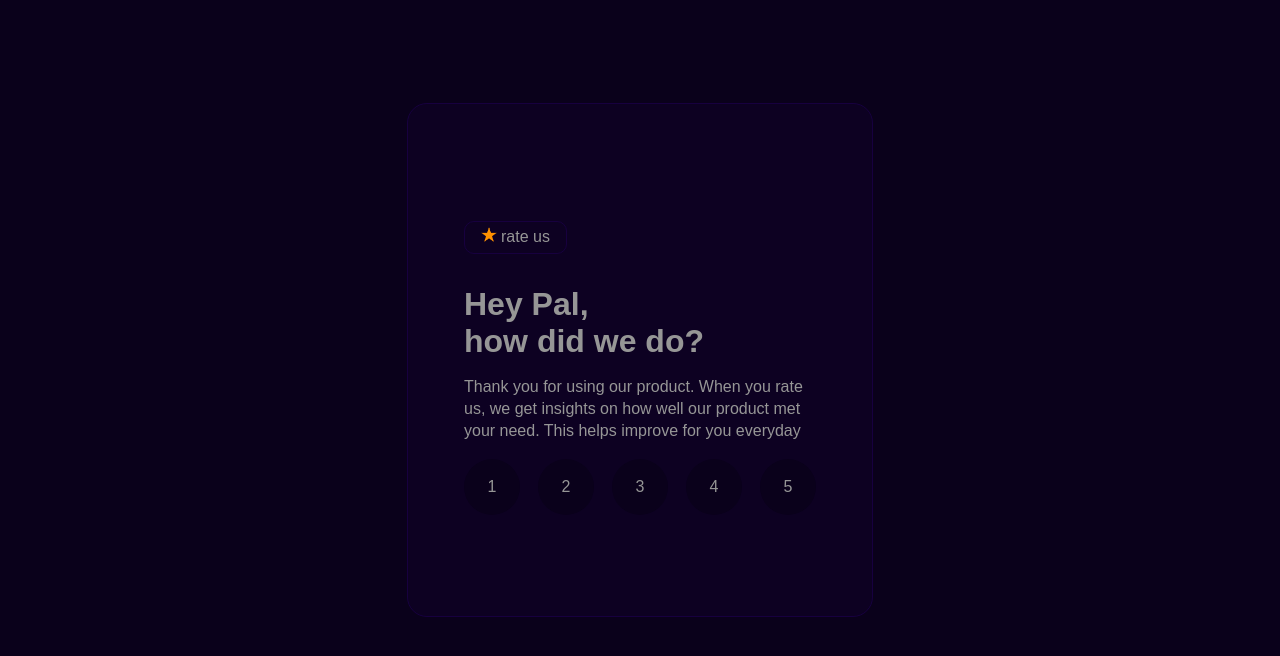
Repository: russel-success/xcodepp-TASK-2
Page: index.html
The author's editor kept a copy of each file at every save. The page is drawn from the files as they stood at one save, then again after the next save.
The browser window is 1280 px wide. The pictures show the whole page.

Above is the page before, as saved 2024-05-27 17:31:02.

After the next save:
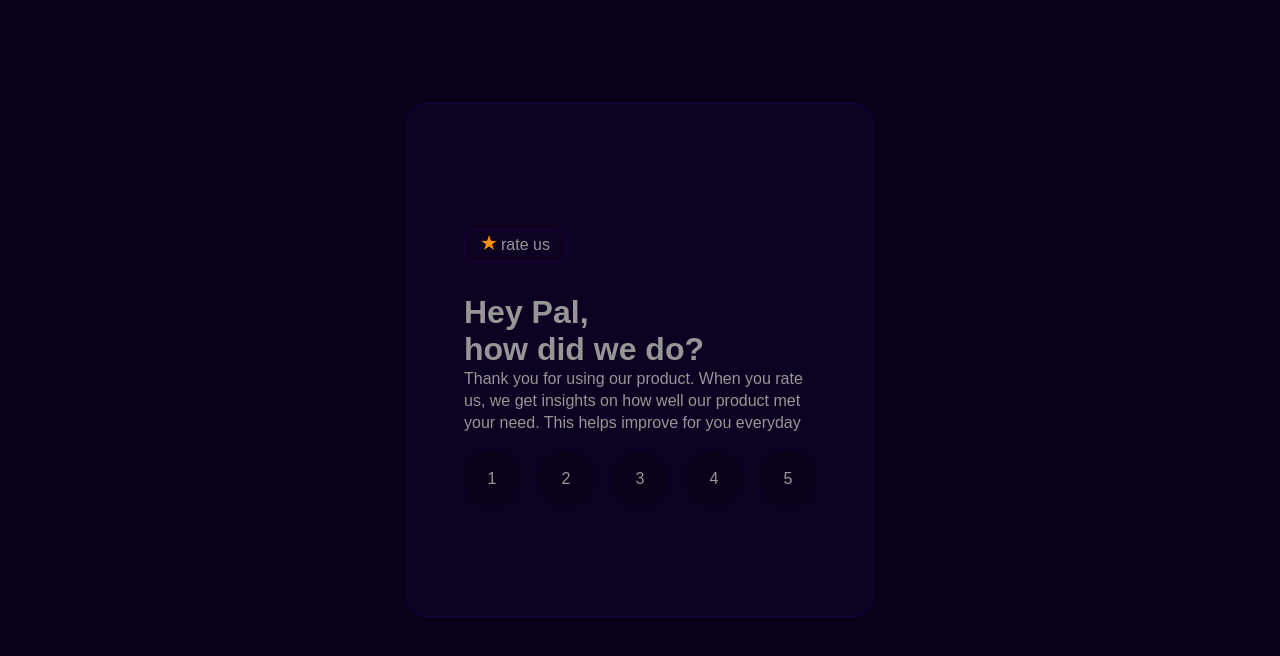
Saved 20 s later.
--- a/styles/styles.css
+++ b/styles/styles.css
@@ -71,7 +71,7 @@
     padding:16px;
     display:flex;
     flex-direction: column;
-    gap:16px;
+    /* gap:16px; */
 }
 h1{
     line-height: normal;

After the save that followed:
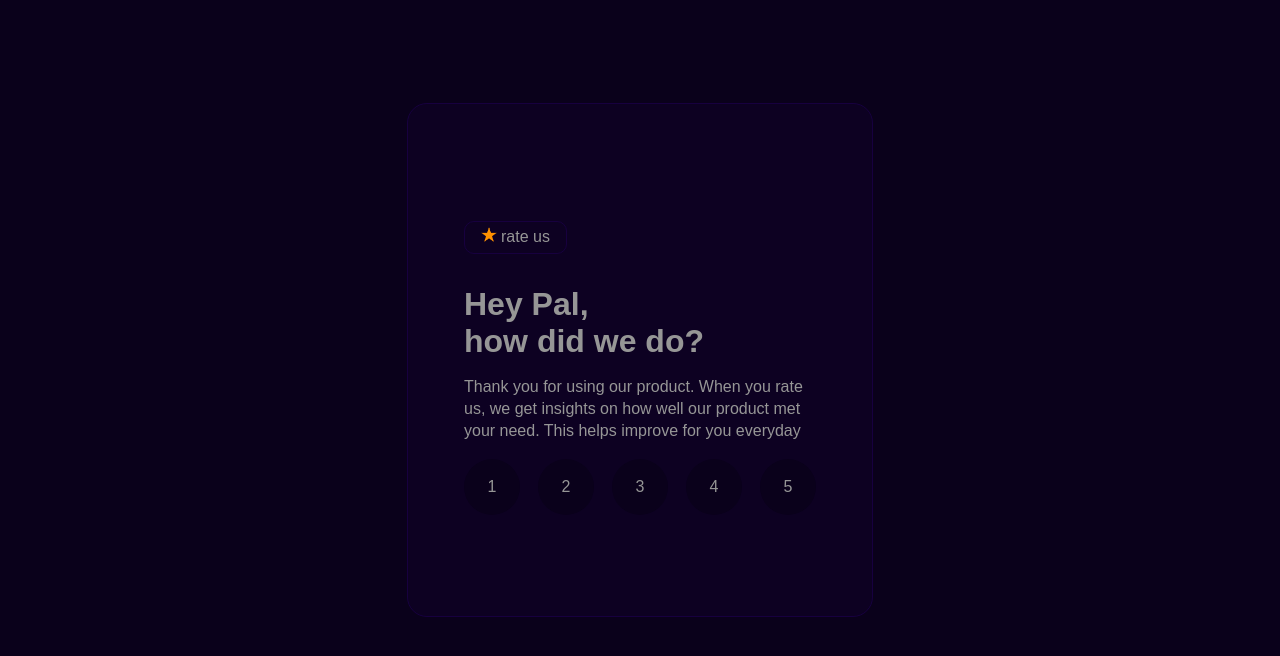
Saved 5 s later.
--- a/styles/styles.css
+++ b/styles/styles.css
@@ -71,7 +71,7 @@
     padding:16px;
     display:flex;
     flex-direction: column;
-    /* gap:16px; */
+    gap:16px;
 }
 h1{
     line-height: normal;
